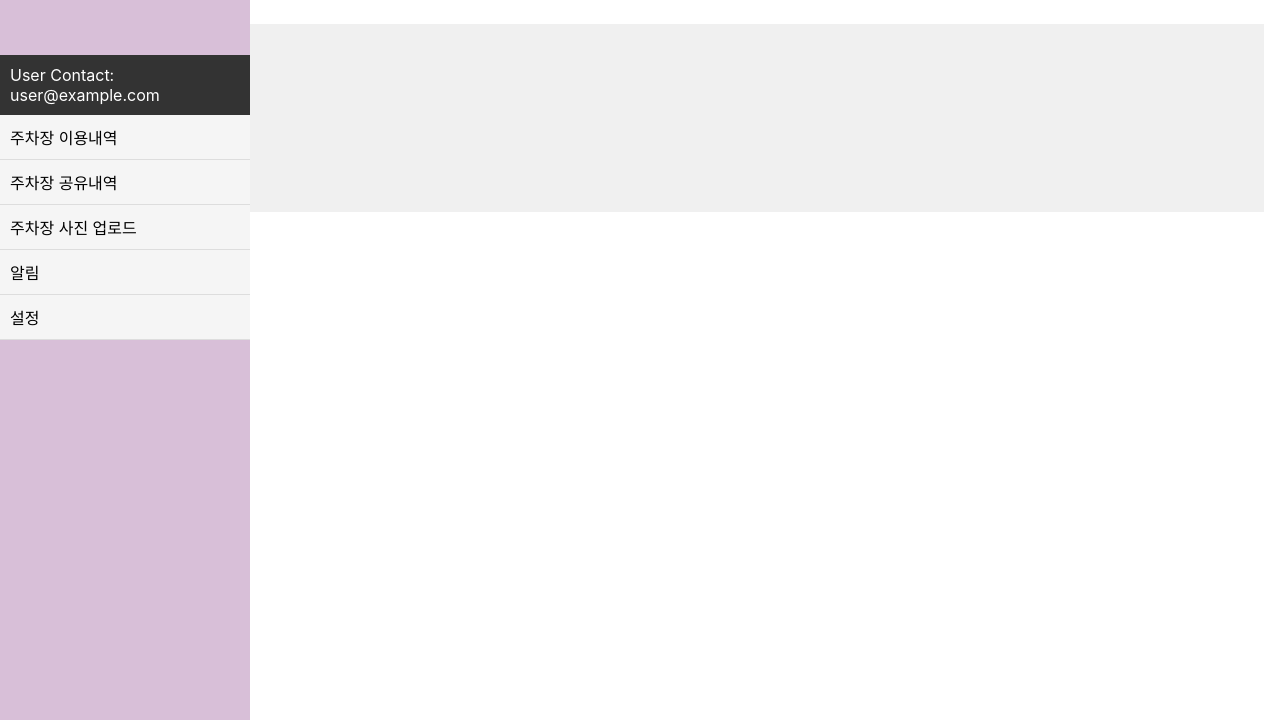
Repository: ohjjoa/reactTest
Page: /, after clicking the first element matching `img`
The author's editor kept a copy of each file at every save. The page is drawn from the files as they stood at one save, then again after the next save.
The browser window is 1280 px wide. The pictures show the whole page.
The project was rebuilt for these pictures with package versions that can differ from the ones it lists, and the page was loaded fresh each time.

Above is the page before, as saved 2024-08-02 05:07:32.

After the next save:
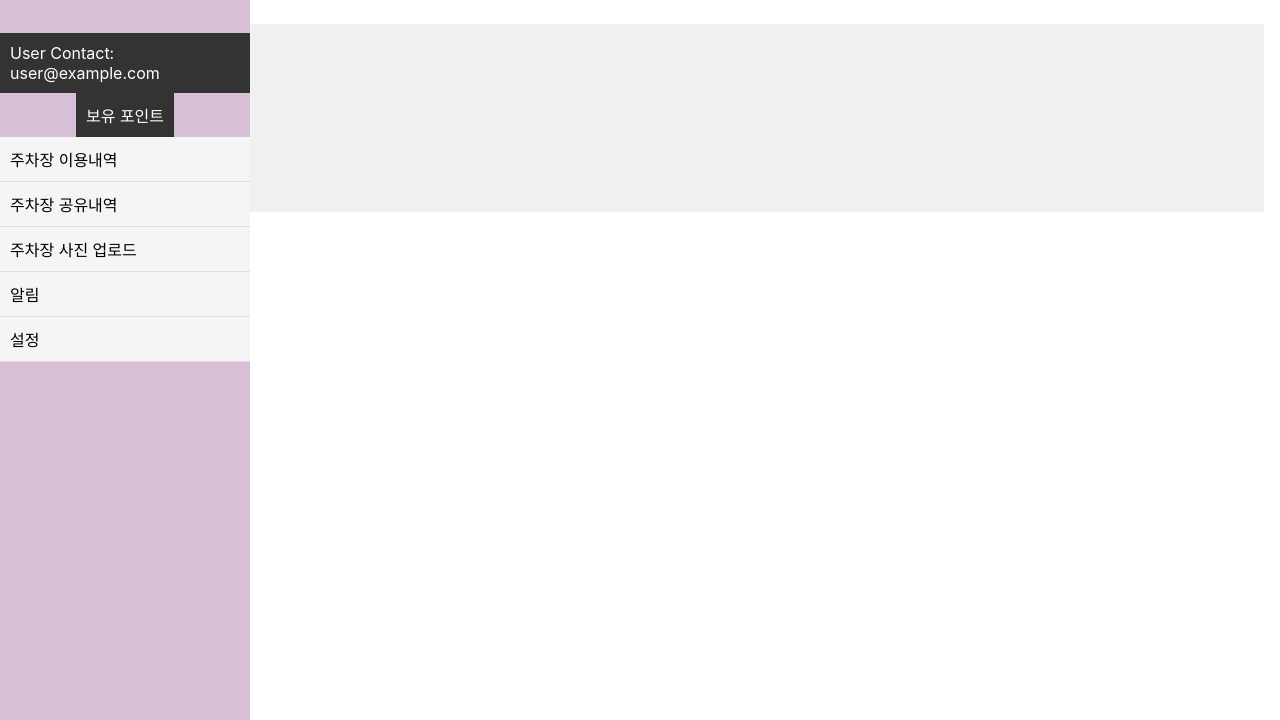
Saved 114 s later.
--- a/src/pages/Home/index.tsx
+++ b/src/pages/Home/index.tsx
@@ -86,9 +86,13 @@ const Home = () => {
       </TestContainer>
 
       {sideBarOpen && (
-        <SidebarOpen ref={sidebarRef} style={{ display: 'flex', flexDirection: 'column' }}>
+        <SidebarOpen ref={sidebarRef}
+        style={{ display: 'flex', flexDirection: 'column' }}>
           <div style={{ padding: '10px', backgroundColor: '#333', color: '#fff' }}>
             User Contact: user@example.com
+          </div>
+          <div style={{ padding: '10px', backgroundColor: '#333', color: '#fff' }}>
+            보유 포인트
           </div>
           <List
             height={550} // 사이드바의 높이에서 연락처의 높이를 제외한 값
